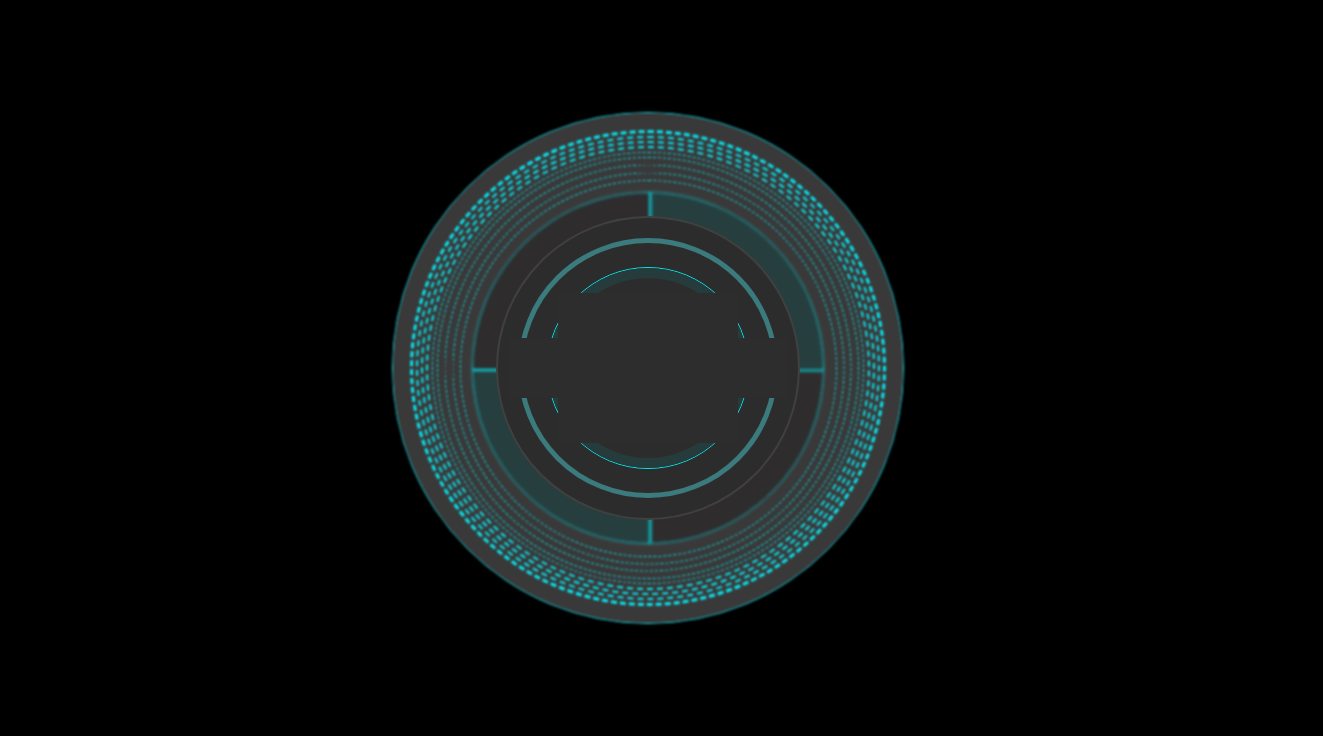
Repository: hsumyatm7308/Basecycle
Page: index.html
An editor plug-in stored every save of this project. The page is shown before and after the next save, followed by the edit.
The browser window is 1280 px wide. The page is 1323 px wide, then 1288 px, then 1323 px, so the pictures cover 1323 px, including what lies to the right of the window. The pictures show the whole page.

Above is the page before, as saved 2023-06-06 08:02:16.

After the next save:
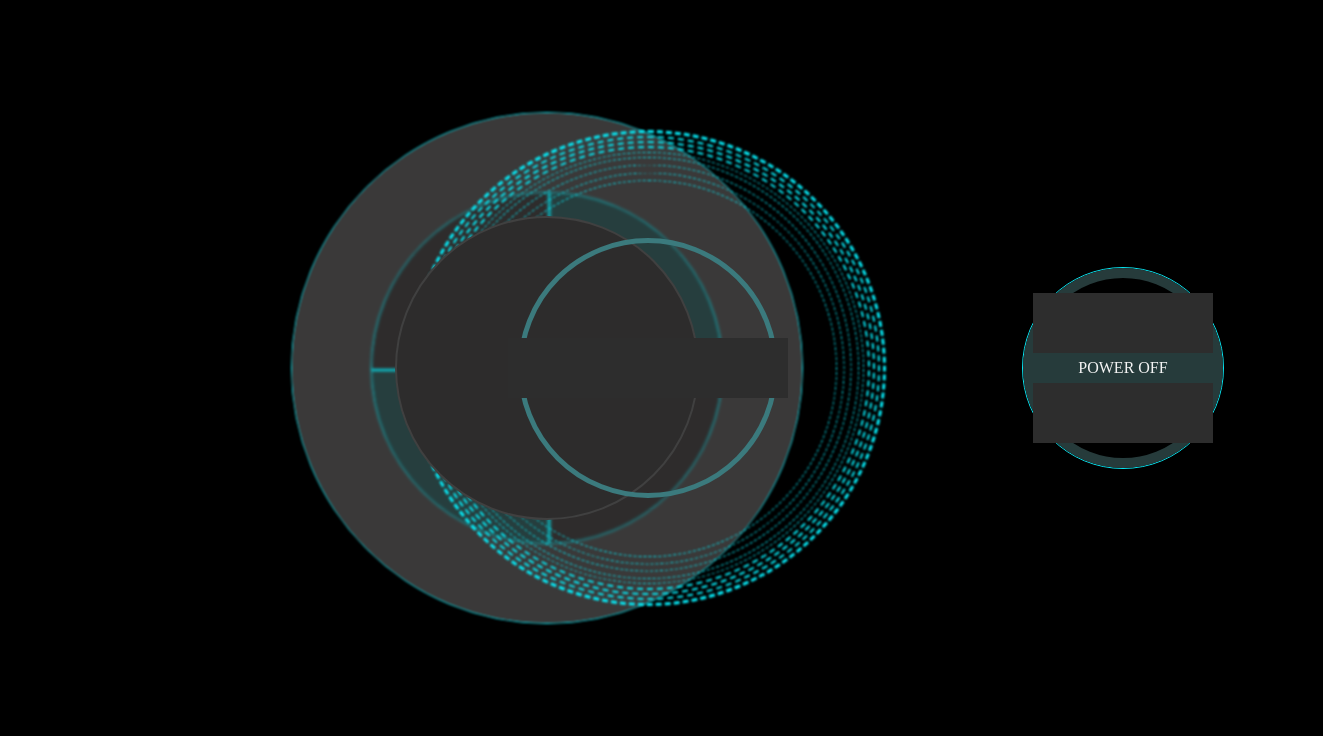
Saved 13 s later.
--- a/index.html
+++ b/index.html
@@ -323,20 +323,20 @@
     </div>
 
     <div class="circletwo">
-            <div class="circleone">
-                <div class="littlecircleone">
-                    <div class="powertext">
-                        <div class="poweroff">
-                            <p>POWER OFF</p>
-                        </div>
-                    </div>
-                </div>
-            </div>
+
     </div>
 
     <div class="squareforctwo">
     </div>
-
+    <div class="circleone">
+        <div class="littlecircleone">
+            <div class="powertext">
+                <div class="poweroff">
+                    <p>POWER OFF</p>
+                </div>
+            </div>
+        </div>
+    </div>
 
     <script src="./jq/jquery-3.7.0.min.js"></script>
     <script src="./script.js"></script>

After the save that followed:
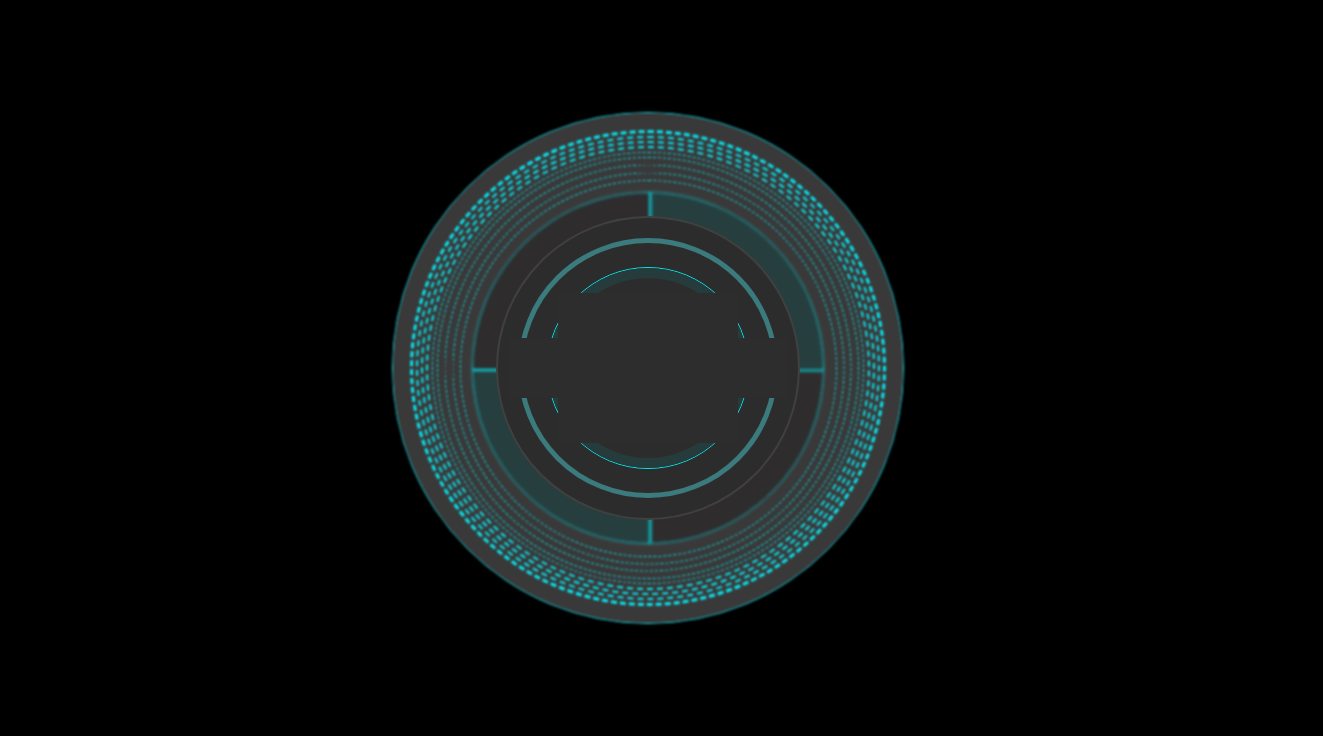
Saved 12 s later.
--- a/index.html
+++ b/index.html
@@ -323,20 +323,20 @@
     </div>
 
     <div class="circletwo">
-
+        <div class="circleone">
+            <div class="littlecircleone">
+                <div class="powertext">
+                    <div class="poweroff">
+                        <p>POWER OFF</p>
+                    </div>
+                </div>
+            </div>
+        </div>
     </div>
 
     <div class="squareforctwo">
     </div>
-    <div class="circleone">
-        <div class="littlecircleone">
-            <div class="powertext">
-                <div class="poweroff">
-                    <p>POWER OFF</p>
-                </div>
-            </div>
-        </div>
-    </div>
+
 
     <script src="./jq/jquery-3.7.0.min.js"></script>
     <script src="./script.js"></script>
